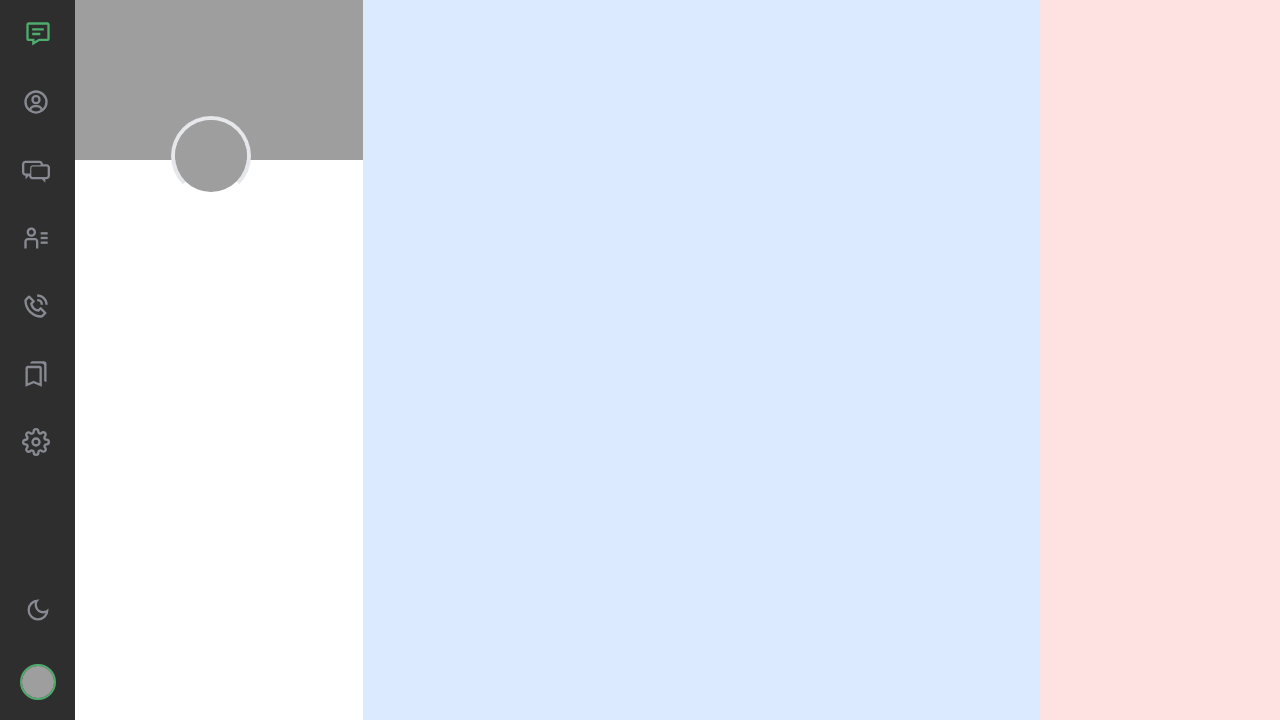
Repository: satya-ranjon/Chat-app
Page: /
An editor plug-in stored every save of this project. The page is shown before and after the next save, followed by the edit.
The browser window is 1280 px wide. The pictures show the whole page.
Pictures or frames that could not be fetched are drawn as grey boxes. The project was rebuilt for these pictures with package versions that can differ from the ones it lists, and the page was loaded fresh each time.

Above is the page before, as saved 2022-03-31 03:31:25.

After the next save:
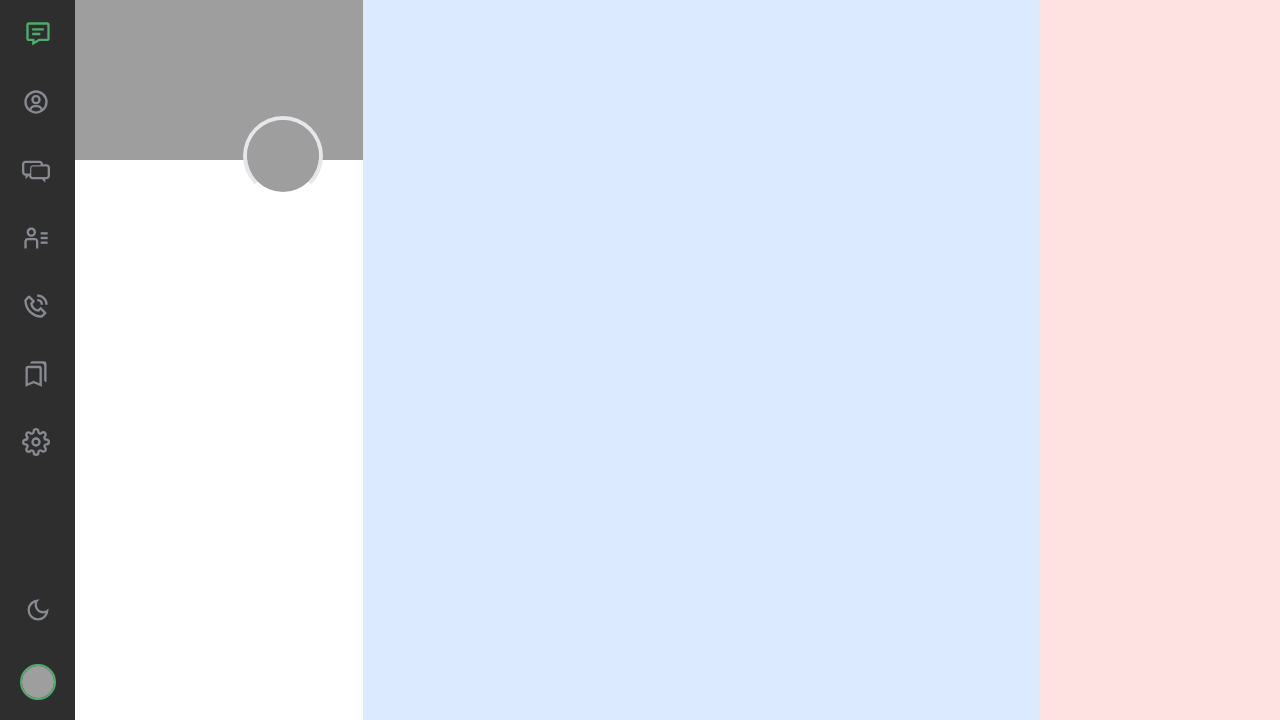
Saved 42 s later.
--- a/src/components/MyProfile/MyProfile.jsx
+++ b/src/components/MyProfile/MyProfile.jsx
@@ -8,7 +8,7 @@ export default function MyProfile() {
     <div className="sm:w-72 h-screen w-40 ">
       <div className="relative">
         <img src={Image} alt={Image} className="w-full h-40" />
-        <UserImage className="w-16 h-16 sm:w-20 sm:h-20 rounded-full absolute sm:-bottom-9  -bottom-7 sm:right-28  right-12  border-4 border-b-white" />
+        <UserImage className="w-16 h-16 sm:w-20 sm:h-20 rounded-full absolute sm:-bottom-9  -bottom-7 sm:right-[40px]  right-12  border-4 border-b-white" />
       </div>
     </div>
   );
